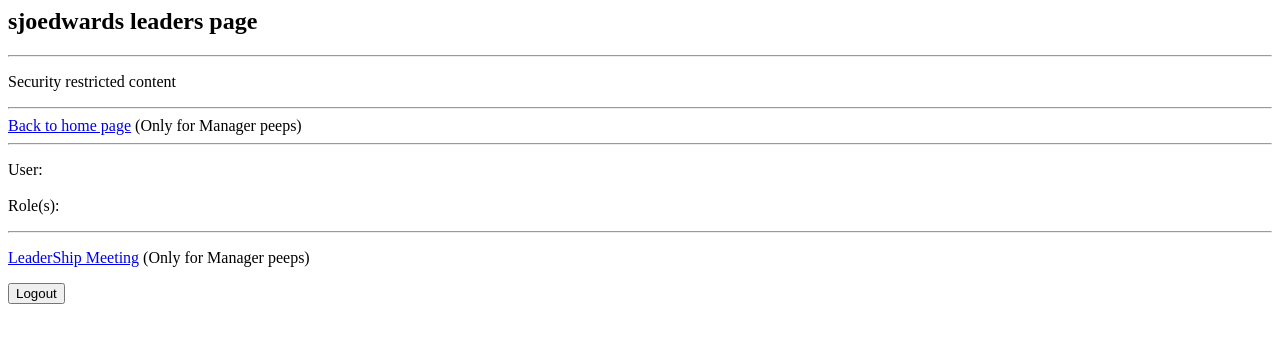
Repository: sjoedwards/springdemo
Page: http://localhost/35-spring-security-demo-07-user-roles/WEB-INF/view/systems.jsp
The author's editor kept a copy of each file at every save. The page is drawn from the files as they stood at one save, then again after the next save.
The browser window is 1280 px wide. The pictures show the whole page.
The page is served by Tomcat 9. Nobody is signed in. The template is opened directly, without the code that normally fills it, so the values that code supplies are empty.

Above is the page before, as saved 2022-08-24 15:03:05.

After the next save:
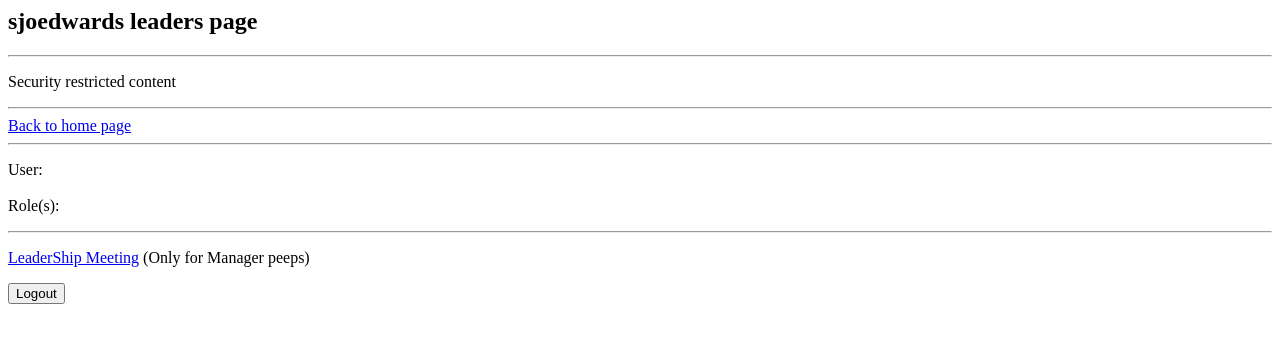
Saved 2 s later.
--- a/35-spring-security-demo-07-user-roles/src/main/webapp/WEB-INF/view/systems.jsp
+++ b/35-spring-security-demo-07-user-roles/src/main/webapp/WEB-INF/view/systems.jsp
@@ -13,7 +13,7 @@
 	<p>Security restricted content</p>
 	<hr>
 
-	<a href="${pageContext.request.contextPath}/leaders">Back to home page</a> (Only for Manager peeps)
+	<a href="${pageContext.request.contextPath}/leaders">Back to home page</a>
 	<hr>
 	<!-- display username and role -->
 
